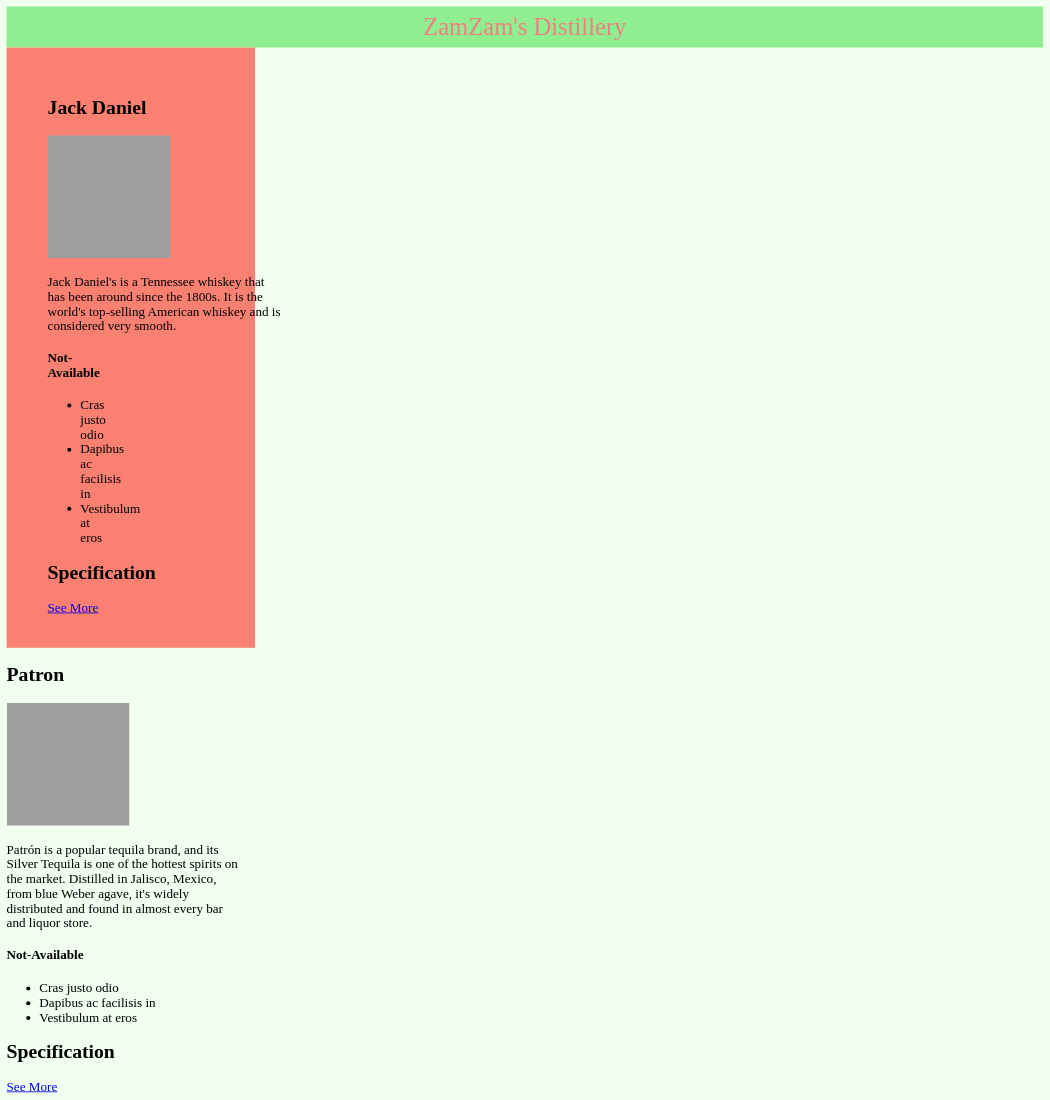
Repository: ZamlZam/REPO-11
Page: product-cards/index.html
The author's editor kept a copy of each file at every save. The page is drawn from the files as they stood at one save, then again after the next save.
The browser window is 1280 px wide. The pictures show the whole page, at 82% of full size.
Pictures or frames that could not be fetched are drawn as grey boxes.

Above is the page before, as saved 2023-04-14 17:15:30.

### product-cards/index.html
<!DOCTYPE html>
<html lang="en">
<head>
  <meta charset="UTF-8">
  <meta http-equiv="X-UA-Compatible" content="IE=edge">
  <meta name="viewport" content="width=device-width, initial-scale=1.0">
  <title>Document</title>
  <link rel="stylesheet" href="main.css">
</head>
<body>

  <div class ="wrapper">
    <div class="header"> ZamZam's Distillery</div>

  <div class="card-wrap">
    <div class="card-item">
    <div class="card1" style="width: 18rem;">
      <h2 class="whiskey">Jack Daniel</h2>
     <img src="https://www.finewinedelivery.co.nz/content/products/original/16561.jpg?width=1136" height = "150px" width="150px" alt="">
    <div class="card-body">

      <p class="card-text">Jack Daniel's is a Tennessee whiskey that has been around since the 1800s. It is the world's top-selling American whiskey and is considered very smooth.</p>
    </div>
  </div>
    <h4 class="Available">Not-Available</h4>
    <ul class="list-group list-group-flush">
      <li class="list-group-item">Cras justo odio</li>
      <li class="list-group-item">Dapibus ac facilisis in</li>
      <li class="list-group-item">Vestibulum at eros</li>
    </ul>
    <h2 class="specification">Specification</h2>
    <div class="card-body">
      <a href="#" class="btn btn-primary">See More</a>

    </div>
  </div>
  </div>
  </div>

  <div class="card-wrap2">
    <div class="card-item">
    <div class="card2" style="width: 18rem;">
      <h2 class="tequila">Patron</h2>
     <img src="https://th.bing.com/th/id/OIP.omD1u9-5BvE0kcntTUyq4AHaGJ?pid=ImgDet&rs=1" height = "150px" width="150px" alt="">
    <div class="card-body">

      <p class="card-text">Patrón is a popular tequila brand, and its Silver Tequila is one of the hottest spirits on the market. Distilled in Jalisco, Mexico, from blue Weber agave, it's widely distributed and found in almost every bar and liquor store.</p>
    </div>
  </div>
    <h4 class="Available">Not-Available</h4>
    <ul class="list-group list-group-flush">
      <li class="list-group-item">Cras justo odio</li>
      <li class="list-group-item">Dapibus ac facilisis in</li>
      <li class="list-group-item">Vestibulum at eros</li>
    </ul>
    <h2 class="specification">Specification</h2>
    <div class="card-body">
      <a href="#" class="btn btn-primary">See More</a>

    </div>
  </div>
  </div>
</div>
</body>


</html>

### product-cards/main.css
body{
  background-color:honeydew;
}

.wrapper .header {
  width: 100%;
  height: 50px;
  background: lightgreen;
  color: lightcoral;
  text-align: center;
  align-items: center;
  font-size: 30px;
  display:flex;
  justify-content: center;
  font-weight:500;
}

.card-wrap {
  padding: 25px;
  background-color:salmon;
  width: 20%;
  height: 100%;
  display: flex;
  justify-content: space-between;
  flex-wrap: wrap;
}

.card-wrap .card-item {
  padding: 15px 25px;
  width: 25%;
}

.card-wrap .card-item {
  padding: 15px 25px;
  width: 25%;
}

After the next save:
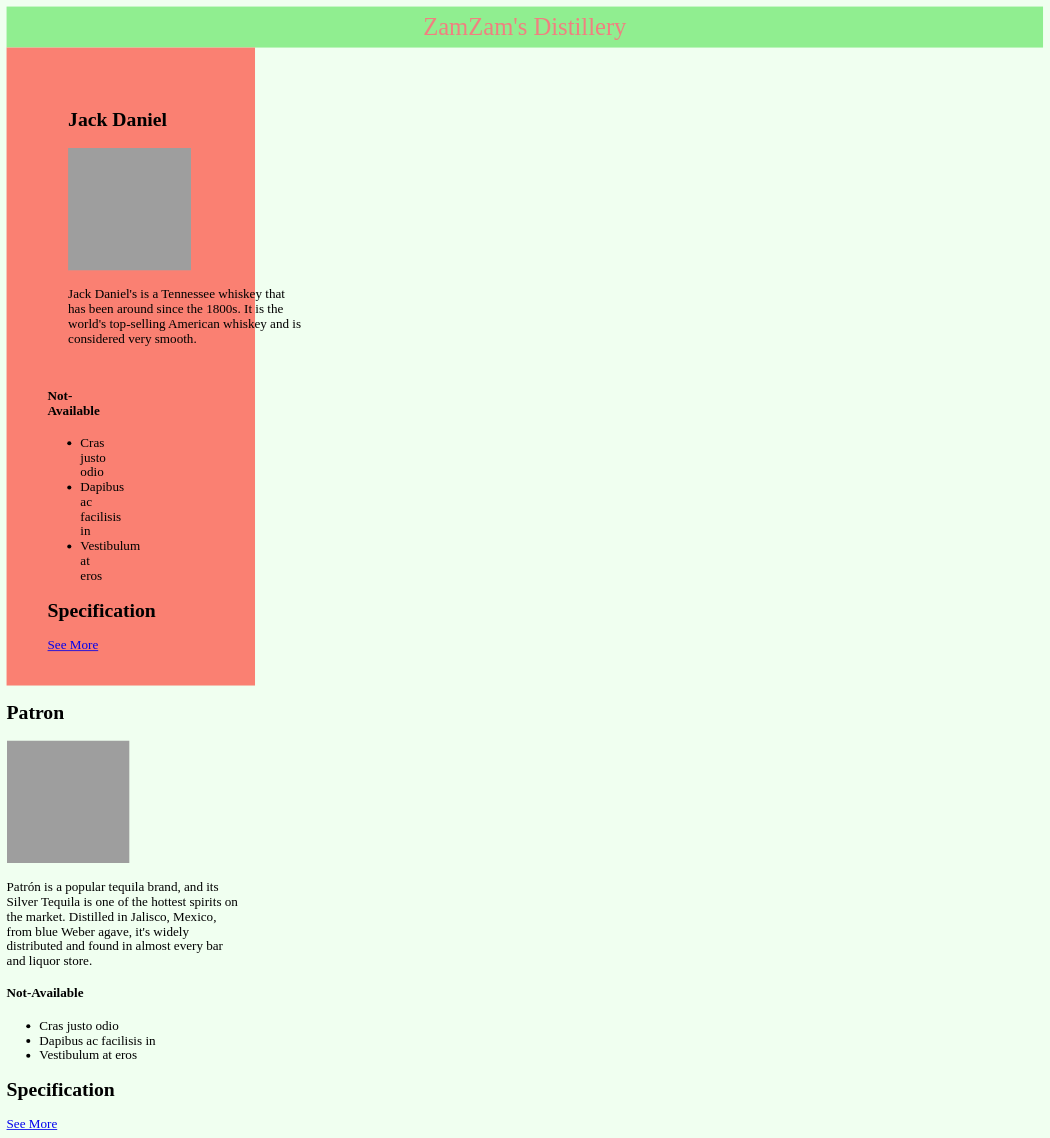
Saved 6 s later.
--- a/product-cards/main.css
+++ b/product-cards/main.css
@@ -30,7 +30,7 @@
   width: 25%;
 }
 
-.card-wrap .card-item {
+.card-wrap .card1 {
   padding: 15px 25px;
   width: 25%;
 }
